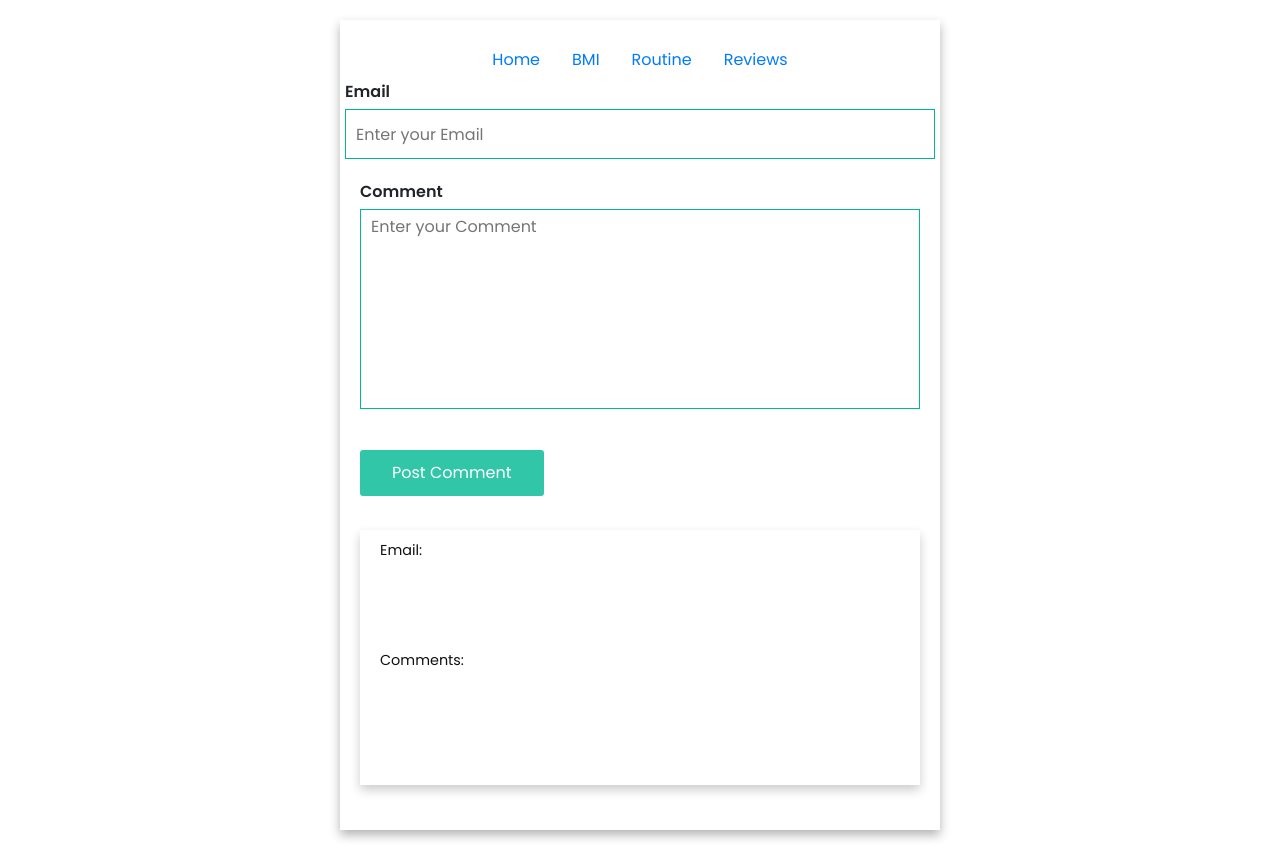
Repository: LaukeyMwaura/Fittylife-php
Page: html/review.html
These files come from the project's save history. The page is drawn as it stood at one moment and after the next save; the edit follows.
The browser window is 1280 px wide. The pictures show the whole page.

Above is the page before, as saved 2022-03-10 09:37:02.

After the next save:
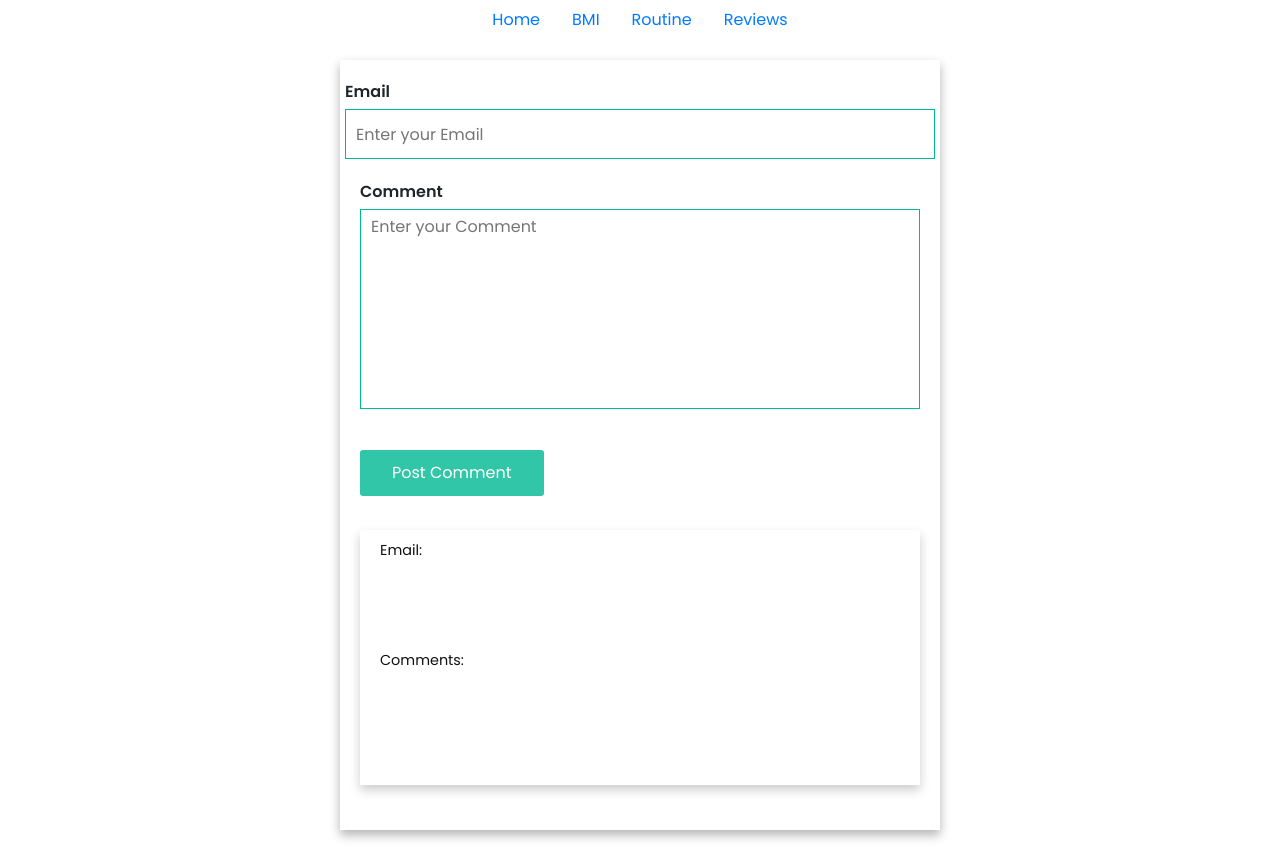
Saved 14 s later.
--- a/html/review.html
+++ b/html/review.html
@@ -11,8 +11,7 @@
 	<link href="https://cdnjs.cloudflare.com/ajax/libs/twitter-bootstrap/4.4.1/css/bootstrap.min.css" rel="stylesheet">
 </head>
 <body>
-	<div class="wrapper">
-		    <ul class="nav justify-content-center">
+	 <ul class="nav justify-content-center">
         <li class="nav-item">
             <a class="nav-link active" href="./index.html">Home</a>
         </li>
@@ -26,6 +25,8 @@
             <a class="nav-link" href="./review.html">Reviews</a>
         </li>
     </ul>
+	<div class="wrapper">
+
 		<form action="" method="POST" class="form">
 			<div class="row">
 				<div class="input-group">
